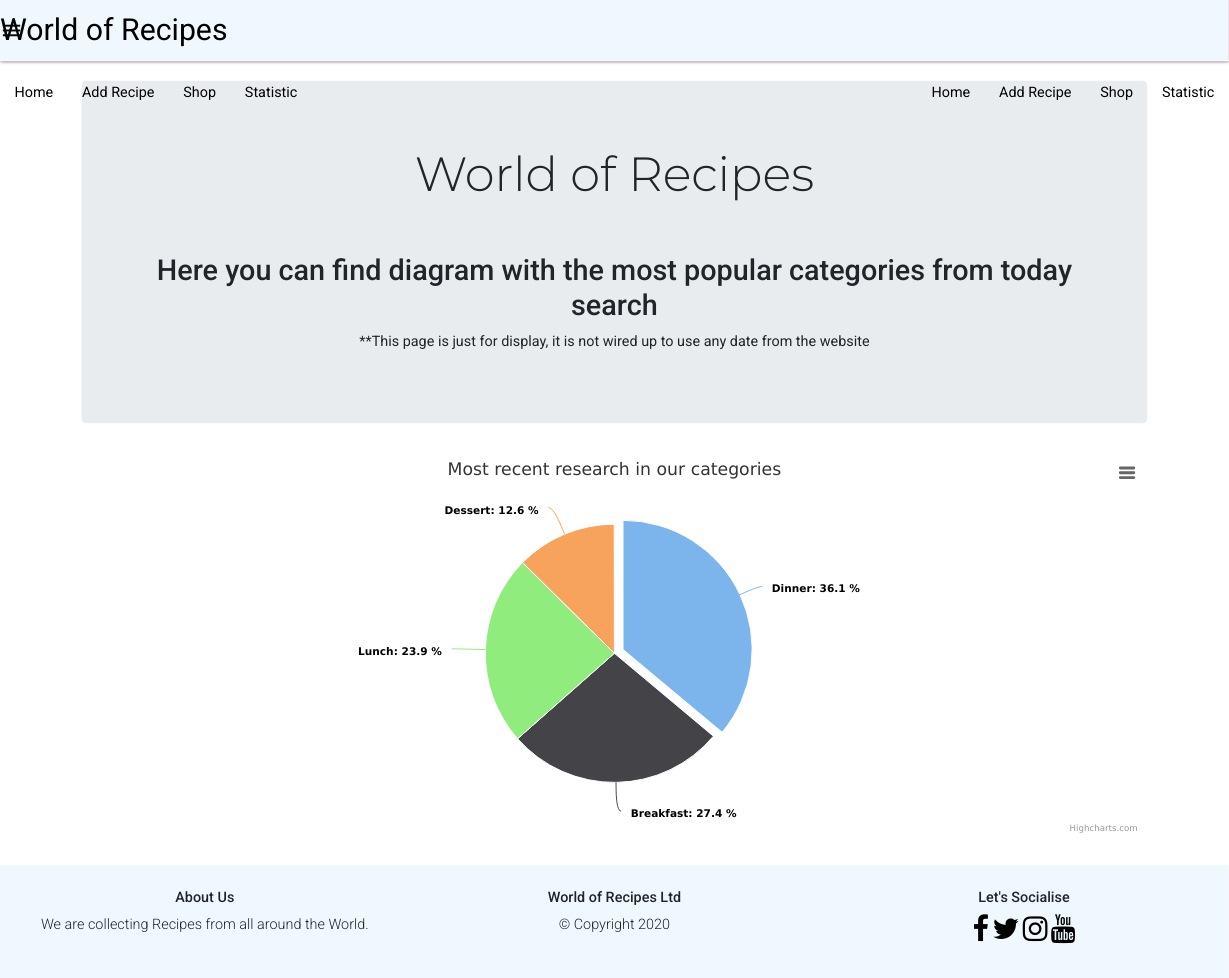
Repository: MarzDell/worldofrecipes
Page: http://localhost/stat
The author's editor kept a record of every edit. The page is drawn from the files as they stood at one moment, then again after the next edit.
The browser window is 1280 px wide. The pictures show the whole page, at 96% of full size.
Some web libraries are served in a nearby version. The page is served by the project's application, run on Flask 3 (app.py).

Above is the page before.

### templates/statistic.html
{% extends 'base.html' %} {% block content %}


<div class='jumbotron text-center'>
    <div class='container'>
        <div class='jumbo-header'><strong>World of Recipes</strong></div>
        <br>
        <br>
        <h2>Here you can find diagram with the most popular categories from today search</h2>
        <p>**This page is just for display, it is not wired up to use any date from the website</p>
    </div>
</div>

<div id='container'></div>


<script src="https://code.highcharts.com/highcharts.js"></script>
<script src="https://code.highcharts.com/modules/exporting.js"></script>
<script src="https://code.highcharts.com/modules/export-data.js"></script>
<script type="text/javascript">

    Highcharts.chart('container', {
        chart: {
            plotBackgroundColor: null,
            plotBorderWidth: null,
            plotShadow: false,
            type: 'pie'
        },
        title: {
            text: 'Most recent research in our categories'
        },
        tooltip: {
            pointFormat:'{series.name}: <b>{point.percentage:.1f}%</b>'
        },
        plotOptions: {
            pie: {
                allowPointSelect: true,
                cursor: 'pointer',
                dataLabels: {
                    enable: true,
                    format: '<b>{point.name}</b>: {point.percentage:.1f} %'
                }
            }
        },
        series: [{
            name: 'Categories',
            colorByPoint: true,
            data: [{
                name: 'Dinner',
                y: 36.10,
                sliced: true,
                selected: true
            }, {
                name: 'Breakfast',
                y: 27.40
            }, {
                name: 'Lunch',
                y: 23.90
            }, {
                name: 'Dessert',
                y: 12.60
            }]
        }]

    });
 </script>



{% endblock %}

### templates/base.html
<!DOCTYPE html>
<html lang="en">
<head>
    <link href="https://fonts.googleapis.com/icon?family=Material+Icons" rel="stylesheet">
    <link rel="stylesheet" href="https://cdnjs.cloudflare.com/ajax/libs/materialize/1.0.0/css/materialize.min.css">
    <link rel="stylesheet" href="https://maxcdn.bootstrapcdn.com/bootstrap/4.0.0/css/bootstrap.min.css" integrity="sha384-Gn5384xqQ1aoWXA+058RXPxPg6fy4IWvTNh0E263XmFcJlSAwiGgFAW/dAiS6JXm" crossorigin="anonymous">
    <link rel="stylesheet" href="https://maxcdn.bootstrapcdn.com/font-awesome/4.7.0/css/font-awesome.min.css" type="text/css" />
    <link rel="stylesheet" href="https://cdnjs.cloudflare.com/ajax/libs/hover.css/2.1.1/css/hover-min.css" type="text/css" />
    <link rel="stylesheet" href="{{ url_for('static', filename='css/style.css') }}" type="text/css" />
</head>
<body>
    <header>
        <div class='navbar-fixed'>
        <nav>
            <div class="nav-wrapper">
                <a href="{{ url_for('index') }}" class="brand-logo">World of Recipes</a>
                <a href='#' data-activates='mobile-demo' class='button-collapse'><i class='material-icons'>menu</i></a>
              <ul id="nav-mobile" class="right hide-on-med-and-down">
                    <li><a href="{{ url_for('view_recipe') }}">Home</a></li>
                    <li><a href="{{ url_for('add_recipe') }}">Add Recipe</a></li>
                    <li><a href="{{ url_for('shop') }}">Shop</a></li>
                    <li><a href="{{ url_for('stat') }}">Statistic</a></li>
                </ul>
                <ul class='side-nav' id='mobile-demo' style='transform: translateX(0px);'>
                    <li><a href="{{ url_for('view_recipe') }}">Home</a></li>
                    <li><a href="{{ url_for('add_recipe') }}">Add Recipe</a></li>
                    <li><a href="{{ url_for('shop') }}">Shop</a></li>
                    <li><a href="{{ url_for('stat') }}">Statistic</a></li>
                </ul>
            </div>
        </nav>
        </div>
    </header>
    <div class='container'>
            {% block content %}
            {% endblock %}
    </div>

    <footer class="container-fluid ">
            <div class="row ">
                <div class="col-sm-4 ">
                    <h6 class="general about">About Us</h6>
                    <p class="inline-block ">
                        We are collecting Recipes from all around the World.
                    </p>
                </div>
                <div class="col-sm-4 ">
                    <h6 class="general copyright">World of Recipes Ltd</h6>
                    <p class="inline-block">
                        &copy; Copyright 2020
                    </p>
                </div>
                <div class="col-sm-4 ">
                    <h6 class="general social">Let's Socialise</h6>
                    <ul class="list-inline social-links ">
                        <li><a target="_blank" href="# "><i class="fa fa-facebook "></i></a></li>
                        <li><a target="_blank" href="# "><i class="fa fa-twitter "></i></a></li>
                        <li><a target="_blank" href="# "><i class="fa fa-instagram "></i></a></li>
                        <li><a target="_blank" href="# "><i class="fa fa-youtube "></i></a></li>
                    </ul>
                </div>
            </div>
        </footer>


    <script src="https://cdnjs.cloudflare.com/ajax/libs/jquery/3.4.1/jquery.min.js"></script>
    <script src="https://cdnjs.cloudflare.com/ajax/libs/materialize/1.0.0/js/materialize.min.js"></script>
    <script src="https://maxcdn.bootstrapcdn.com/bootstrap/4.0.0/js/bootstrap.min.js" integrity="sha384-JZR6Spejh4U02d8jOt6vLEHfe/JQGiRRSQQxSfFWpi1MquVdAyjUar5+76PVCmYl"
            crossorigin="anonymous"></script>
    <script type='text/javascript'>
        $(document).ready(function () {
            $('.button-collapse').sidenav();
            $('.modal').modal();
        });
    </script>

</body>
</html>

### app.py
import os
from flask import Flask, render_template, redirect, request, url_for
from flask_pymongo import PyMongo
from bson.objectid import ObjectId
from pymongo import TEXT


app = Flask(__name__)
app.config['MONGO_DBNAME'] = 'recipe_manager'
app.config['MONGO_URI'] = 'mongodb+srv://Cat:Kot@myfirstcluster-tlipu.mongodb.net/recipe_manager?retryWrites=true&w=majority'

mongo = PyMongo(app)

recipes = mongo.db.recipes
the_recipe = mongo.db.recipes
categories = mongo.db.categories

mongo.db.recipes.create_index([('$**', 'text')])

@app.route('/')
@app.route('/index')
def index():
    return render_template('index.html')

@app.route('/shop')
def shop():
    return render_template('shop.html')

@app.route('/view_recipe')
def view_recipe():
    records = list(mongo.db.recipes.find())
    return render_template('view.html', recipes=records)

@app.route('/view_specific/<recipe_id>', methods=['GET', 'POST'])
def view_specific(recipe_id):
    mongo.db.recipes.update({'_id': ObjectId(recipe_id)},
                            {'$inc': {'views': 1}})
    the_recipe = mongo.db.recipes.find_one({'_id': ObjectId(recipe_id)})
    all_categories = mongo.db.categories.find()
    return render_template('individual_recipe.html',
                            recipe=the_recipe, categories=all_categories)

@app.route('/add_recipe')
def add_recipe():
    return render_template('insert.html',
                           categories=mongo.db.categories.find())

@app.route('/insert', methods=['POST'])
def insert():
    recipes = mongo.db.recipes
    payload = request.form.to_dict()
    payload.update({'views': 0})
    recipes.insert_one(payload)
    return redirect(url_for('view_recipe'))


@app.route('/edit/<recipe_id>', methods=['GET', 'POST'])
def edit(recipe_id):
    the_recipe = mongo.db.recipes.find_one
    ({"_id": ObjectId(recipe_id)})
    all_categories = mongo.db.categories.find()
    return render_template('edit_recipe.html', recipe=the_recipe, categories=all_categories)

@app.route('/update/<recipe_id>', methods=['POST'])
def update(recipe_id):
    recipes = mongo.db.recipes
    recipes.update({"_id": ObjectId(recipe_id)}, {
        "img": request.form.get('img'),
        "categories": request.form.get('categories'),
        "title": request.form.get('title'),
        "ingredients": request.form.get('ingredients'),
        "method": request.form.get('method'),
        "nutrition": request.form.get('nutrition'),
        "time": request.form.get('time'),
        "author": request.form.get('author'),
    })
    return redirect( url_for('view_recipe'))


@app.route('/delete/<recipe_id>')
def delete(recipe_id):
    mongo.db.recipes.delete_one({ "_id":ObjectId(recipe_id)})
    return redirect( url_for('view_recipe'))


@app.route('/search', methods=['GET', 'POST'])
def search():
    title = request.form.get('search')
    find = {'$text': {'$search':title}}
    results = mongo.db.recipes.find(find)
    return render_template('view.html', recipes=results, count=results.count())

@app.route('/count/<recipe_id>', methods=['GET', 'POST'])
def count():
    count = mongo.db.recipes.find({'_id': ObjectId(recipe_id)})
    mongo.db.recipes.update({'_id': ObjectId(recipe_id)},
                            {'$inc':{'view': 1}})
    return render_template('view.html', recipe=count)

@app.route('/stat')
def stat():
    return render_template('statistic.html')

if __name__ == '__main__':
    app.run(host=os.environ.get('IP'),
    port=int(os.environ.get('PORT')),
    debug=True)

### static/css/style.css
@import url('https://fonts.googleapis.com/css?family=Montserrat:100,200,300,400,500,600,700|Roboto:100,200,300,400,500,600,700');

body {
    background-color: white;
    margin: 0px;
    padding: 0px;
    font-family: 'Roboto' , sans-serif;
}

/***Landing Page***/

.background-container {
    background-image: url('https://newsroom.pinterest.com/sites/default/files/inline-images/Pinterest-100-c-blog-food_0.jpg');
    background-position: center center;
    background-repeat: no-repeat;
    background-attachment: fixed;
    background-size: cover;
    background-color: #f0f8ff;
    height: -webkit-fill-available;
    height: -moz-available;
    height: fill-available;
    width: 100%;

}

.header-landing {
    margin-top: 150px;
    font-size: 100px;
    color: black;
    text-align: center;
    font-family: 'Roboto', sans-serif;
    font-weight: 700;
}

.enter-button {

    margin-left: auto;
    margin-right: auto;
    width: 50%;
    font-size: 80px;
    background-color: transparent;

}
.btn {
    background-color: #DAA520;
    font-family: 'Montserrat', sans-serif;
    color: black;
}

a {
    color: black;
}

a:hover {
    text-decoration: none;
    color: black;
}

/*** Nav***/

.nav-wrapper {
    background-color: #f0f8ff;
}

nav .brand-logo,
nav ul a {
    color:black;
}

nav .brand-logo:hover ,
nav ul a:hover {
    color: #DAA520;
}

nav a  {
    color: black;
}

#sidenav-overlay {
  z-index: 996;
}

.side-nav li {
    display: block;
}
/*** Home Page***/
.header {
    text-align: center;
    font-size: 20px;
    font-family: 'Montserrat', sans-serif;
    font-weight: 300;
    margin-top: 50px;
}

strong {
    font-size: 50px;
    font-family: 'Montserrat', sans-serif;
    font-weight: 300;
}

#search {
    text-align: center;
    font-size: 30px;
    font-family: 'Montserrat', sans-serif;
    font-weight: 400;
    margin-bottom: 15px;
}

#search: after{
    background-color: transparent;
}

.view{
    margin-top:20px;

}


/***Shop Page***/

.background-container-shop {
    background-image: url('https://cdn.dribbble.com/users/2918596/screenshots/6200802/isometric_online_shopping_light_grain.jpg');
    background-position: center center;
    background-repeat: no-repeat;
    background-attachment: fixed;
    background-size: cover;
    background-color: #f0f8ff;
    height: -webkit-fill-available;
    height: -moz-available;
    height: fill-available;
    width: 100%;
}


.shop {
    color: #DAA520;
    text-align: center;
    text-shadow: 2px 2px black;
}


/***Statistic Page***/

.jumbotron {
    margin-top: 20px;
}

/*** Footer***/
footer {
    background-color: #f0f8ff;
    margin: 0 auto;
    position: absolute;
    margin-top: 30px;
    padding-top: 25px;
}

.col-sm-4 {
    text-align: center;
}

.fa {
    font-size: 30px;
}

.col-sm-4 {
    font-family: 'Roboto', sans-serif;
    font-weight: 300;
}
li {
    display: inline-block;
}
.fa:hover {
    color: #DAA520;
}



/***Media Queries***/

 @media (max-width: 768px) {
       nav .brand-logo {
           font-size: 15px;
       }
       .jumbo-header {
           font-size: 50px;
           margin-top: 0px;
       }
       #search {
         font-size: 10px;
       }
   }

After the next edit:
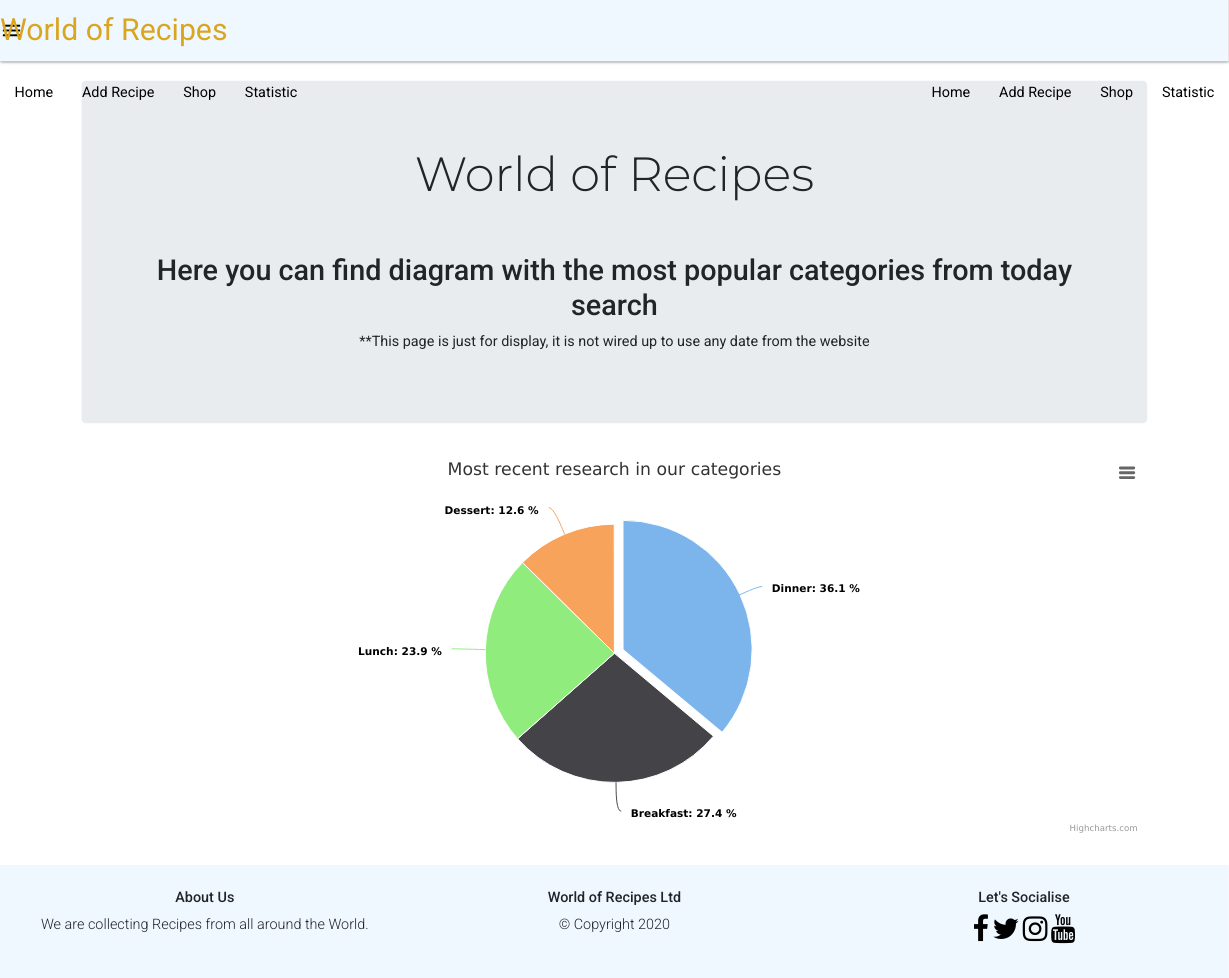
Console error: TypeError: $(...).sideNav is not a function
The edit:
--- a/templates/base.html
+++ b/templates/base.html
@@ -69,8 +69,8 @@
             crossorigin="anonymous"></script>
     <script type='text/javascript'>
         $(document).ready(function () {
-            $('.button-collapse').sidenav();
-            $('.modal').modal();
+            $(".button-collapse").sideNav();
+
         });
     </script>
 

After the edit that followed:
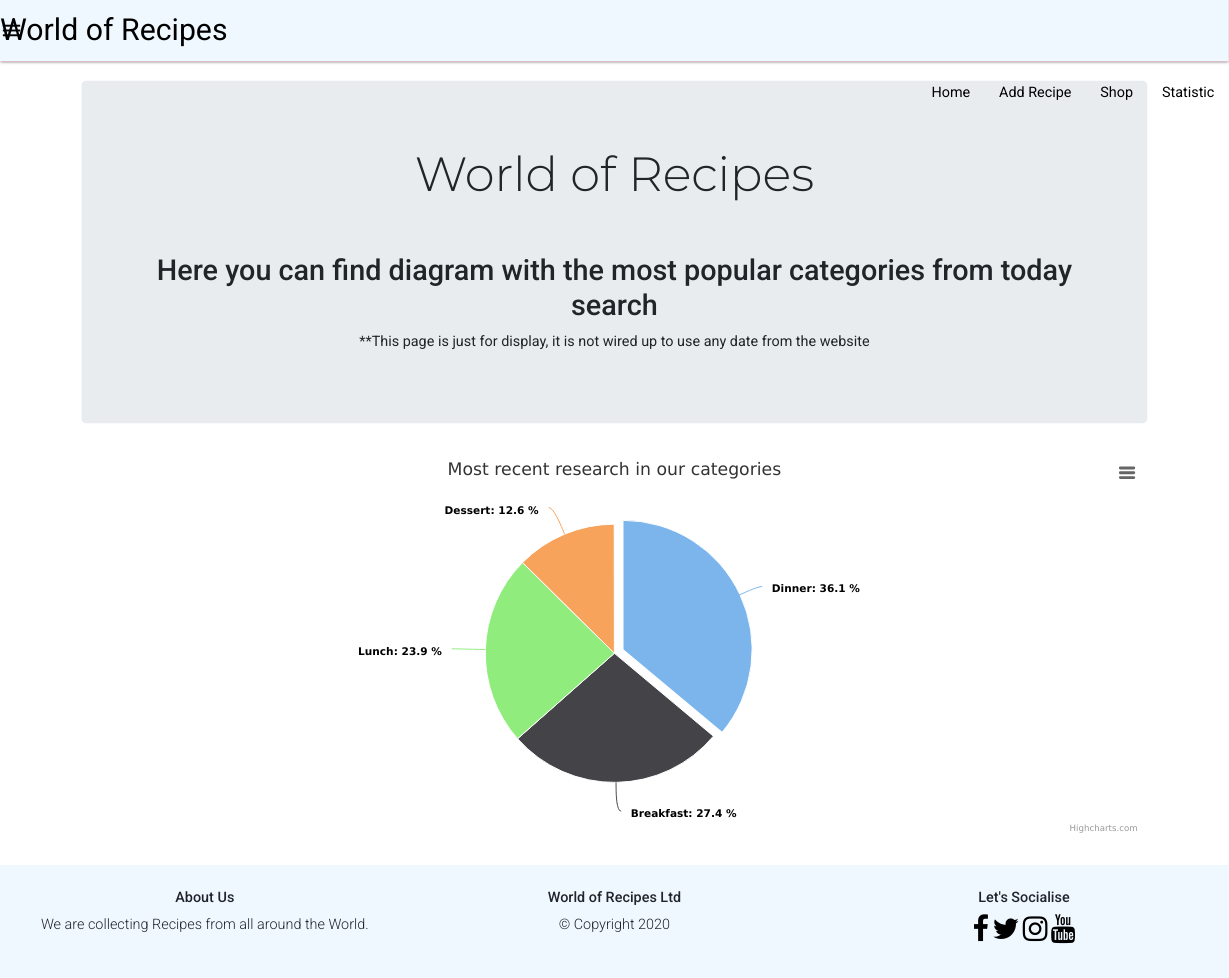
The error is gone.
The edit:
--- a/templates/base.html
+++ b/templates/base.html
@@ -64,9 +64,10 @@
 
 
     <script src="https://cdnjs.cloudflare.com/ajax/libs/jquery/3.4.1/jquery.min.js"></script>
-    <script src="https://cdnjs.cloudflare.com/ajax/libs/materialize/1.0.0/js/materialize.min.js"></script>
-    <script src="https://maxcdn.bootstrapcdn.com/bootstrap/4.0.0/js/bootstrap.min.js" integrity="sha384-JZR6Spejh4U02d8jOt6vLEHfe/JQGiRRSQQxSfFWpi1MquVdAyjUar5+76PVCmYl"
-            crossorigin="anonymous"></script>
+  <script src="https://cdnjs.cloudflare.com/ajax/libs/materialize/0.100.2/js/materialize.min.js"></script>
+  <script src="https://stackpath.bootstrapcdn.com/bootstrap/4.3.1/js/bootstrap.min.js"
+    integrity="sha384-JjSmVgyd0p3pXB1rRibZUAYoIIy6OrQ6VrjIEaFf/nJGzIxFDsf4x0xIM+B07jRM"
+    crossorigin="anonymous"></script>
     <script type='text/javascript'>
         $(document).ready(function () {
             $(".button-collapse").sideNav();
